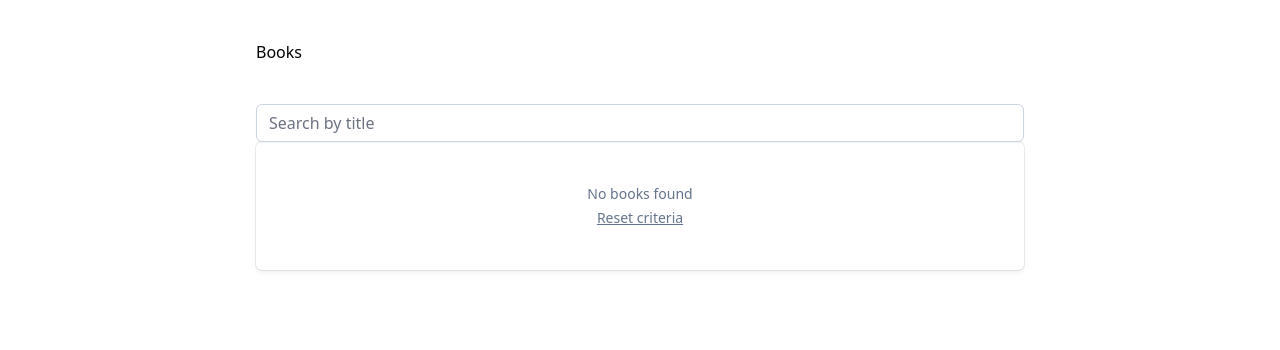
Repository: Haakim19/Laravel-Learn
Page: http://localhost/books
The author's editor kept a copy of each file at every save. The page is drawn from the files as they stood at one save, then again after the next save.
The browser window is 1280 px wide. The pictures show the whole page.
Some web libraries are served in a nearby version. The page is served by the project's Laravel application, run on PHP 8.4 with Laravel 12. Other server files are loaded and not shown. Queries for data that is not in the repository find no rows.

Above is the page before, as saved 2025-02-06 01:10:46.

### Book-Reviews/routes/web.php
<?php

use App\Http\Controllers\BookController;
use Illuminate\Support\Facades\Route;

Route::get('/', function () {
    return view('welcome');
});

Route::resource('books', BookController::class);

### Book-Reviews/app/Http/Controllers/BookController.php
<?php

namespace App\Http\Controllers;

use Illuminate\Http\Request;
use App\Models\Book;
use Illuminate\Contracts\View\View;

class BookController extends Controller
{
    /**
     * Display a listing of the resource.
     */
    public function index(Request $request)
    {
        $title = $request->input('title');

        $books = Book::when(
            $title,
            fn($query, $title) => $query->title($title)
        )
            ->get();
        return View('books.index', ['books' => $books]);
    }

    /**
     * Show the form for creating a new resource.
     */
    public function create()
    {
        //
    }

    /**
     * Store a newly created resource in storage.
     */
    public function store(Request $request)
    {
        //
    }

    /**
     * Display the specified resource.
     */
    public function show(string $id)
    {
        //
    }

    /**
     * Show the form for editing the specified resource.
     */
    public function edit(string $id)
    {
        //
    }

    /**
     * Update the specified resource in storage.
     */
    public function update(Request $request, string $id)
    {
        //
    }

    /**
     * Remove the specified resource from storage.
     */
    public function destroy(string $id)
    {
        //
    }
}

### Book-Reviews/app/Models/Book.php
<?php

namespace App\Models;

use Illuminate\Database\Eloquent\Model;
use Illuminate\Database\Eloquent\Factories\HasFactory;
use Illuminate\Database\Eloquent\Builder;
use Illuminate\Database\Query\Builder as QueryBuilder;

class Book extends Model
{
    use HasFactory;
    public function reviews()
    {
        return $this->hasMany(Reviews::class);
    }
    //fillter the books with the title
    public function scopeTitle(Builder $query, string $title): Builder|QueryBuilder
    {
        return $query->where('title', 'LIKE', '%' . $title . '%');
    }
    //the books with the highest number of reviews
    public function scopePopular(Builder $query, $from = null, $to = null): Builder|QueryBuilder
    {
        return $query->withCount([
            'reviews' => fn(Builder $q) => $this->dateRangeFillter($q, $from, $to)
        ])
            ->orderBy('reviews_count', 'desc');
        // ->limit(5);
    }
    //the books with the highest rating
    public function scopeHighestRated(Builder $query, $from = null, $to = null): Builder|QueryBuilder
    {
        return $query->withAvg([
            'reviews' => fn(Builder $q) => $this->dateRangeFillter($q, $from, $to)
        ], 'rating')
            ->orderBy('reviews_avg_rating', 'desc');
    }
    //the books with minimum reviews
    public function scopeMinReviews(Builder $query, int $minReviews): Builder|QueryBuilder
    {
        return $query->having('reviews_count', '>=', $minReviews);
    }
    //the books with maximum reviews
    public function scopeMaxReviews(Builder $query, int $maxReviews): Builder|QueryBuilder
    {
        return $query->having('reviews_count', '<=', $maxReviews);
    }
    //fillter the books with the date range
    private function dateRangeFillter(Builder $query, $from = null, $to = null)
    {
        if ($from && !$to) {
            $query->where('created_at', '>=', $from);
        } elseif (!$from && $to) {
            $query->where('created_at', '<=', $to);
        } elseif ($from && $to) {
            $query->whereBetween('created_at', [$from, $to]);
        }
    }
}

### Book-Reviews/resources/views/books/index.blade.php
@extends('layouts.app')

@section('content')
    <h1 class = "mb-10 text-2x2">Books</h1>

    <form action="{{ route('books.index') }}" method="GET">
        <input type="text" name="title" placeholder="Search by title"
         class="input">
    </form>
    <ul>
        @forelse ($books as $book)
            <li class="mb-4">
                <div class="book-item">
                    <div class="flex flex-wrap items-center justify-between">
                        <div class="w-full flex-grow sm:w-auto">
                            <a href="{{ route('books.show', $book) }}" class="book-title">{{ $book->title }}</a>
                            <span class="book-author">by {{ $book->author }}</span>
                        </div>
                        <div>
                            <div class="book-rating">
                                {{ number_format($book->reviews_avg_rating, 1)}}
                            </div>
                            <div class="book-review-count">
                                out of {{ $book->reviews_count}} {{ Str::plural('review', $book->reviews_count)}}
                            </div>
                        </div>
                    </div>
                </div>
            </li>

        @empty
            <li class="mb-4">
                <div class="empty-book-item">
                    <p class="empty-text">No books found</p>
                    <a href=" {{ route('books.index') }}" class="reset-link">Reset criteria</a>
                </div>
            </li>
        @endforelse
    </ul>
@endsection

### Book-Reviews/resources/views/layouts/app.blade.php
<!DOCTYPE html>
<html lang="en">

<head>
    <meta charset="UTF-8">
    <title>Book Reviews</title>
    <script src="https://cdn.tailwindcss.com?plugins=forms,typography,aspect-ratio"></script>

    {{-- blade-formatter-disable --}}
  <style type="text/tailwindcss">
    .btn {
      @apply bg-white rounded-md px-4 py-2 text-center font-medium text-slate-500 shadow-sm ring-1 ring-slate-700/10 hover:bg-slate-50 h-10;
    }

    .input {
      @apply shadow-sm appearance-none border w-full py-2 px-3 text-slate-700 leading-tight focus:outline-none rounded-md border-slate-300;
    }

    .filter-container {
      @apply mb-4 flex space-x-2 rounded-md bg-slate-100 p-2;
    }

    .filter-item {
      @apply flex w-full items-center justify-center rounded-md px-4 py-2 text-center text-sm font-medium text-slate-500;
    }

    .filter-item-active {
      @apply bg-white shadow-sm text-slate-800 flex w-full items-center justify-center rounded-md px-4 py-2 text-center text-sm font-medium;
    }

    .book-item {
      @apply text-sm rounded-md bg-white p-4 leading-6 text-slate-900 shadow-md shadow-black/5 ring-1 ring-slate-700/10;
    }

    .book-title {
      @apply text-lg font-semibold text-slate-800 hover:text-slate-600;
    }

    .book-author {
      @apply block text-slate-600;
    }

    .book-rating {
      @apply text-sm font-medium text-slate-700;
    }

    .book-review-count {
      @apply text-xs text-slate-500;
    }

    .empty-book-item {
      @apply text-sm rounded-md bg-white py-10 px-4 text-center leading-6 text-slate-900 shadow-md shadow-black/5 ring-1 ring-slate-700/10;
    }

    .empty-text {
      @apply font-medium text-slate-500;
    }

    .reset-link {
      @apply text-slate-500 underline;
    }
  </style>
  {{-- blade-formatter-enable --}}
</head>

<body class="container mx-auto mt-10 mb-10 max-w-3xl">
    @yield('content')
</body>

</html>

Loaded but not shown: Book-Reviews/app/Providers/AppServiceProvider.php (common file); Book-Reviews/app/Http/Controllers/Controller.php (common file)

After the next save:
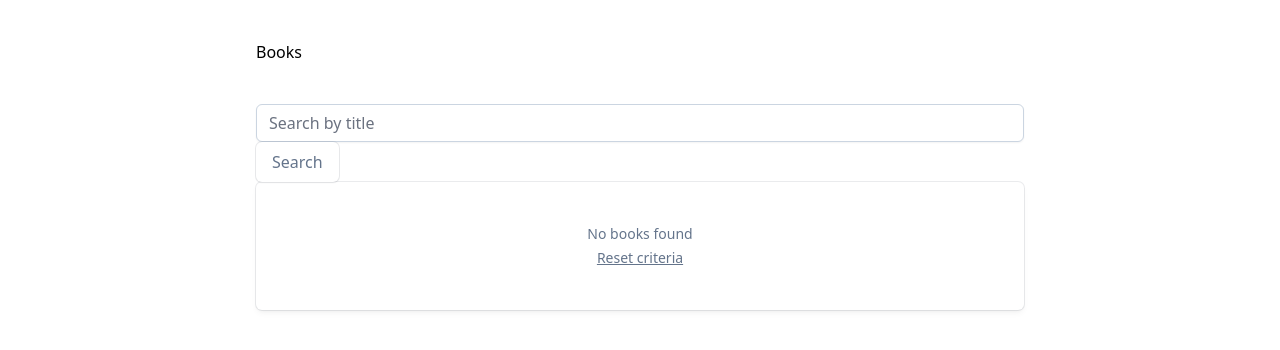
Saved 48 s later.
--- a/Book-Reviews/resources/views/books/index.blade.php
+++ b/Book-Reviews/resources/views/books/index.blade.php
@@ -5,7 +5,8 @@
 
     <form action="{{ route('books.index') }}" method="GET">
         <input type="text" name="title" placeholder="Search by title"
-         class="input">
+        value="{{ request('title') }}" class="input">
+        <button type="submit" class = "btn">Search</button>
     </form>
     <ul>
         @forelse ($books as $book)
